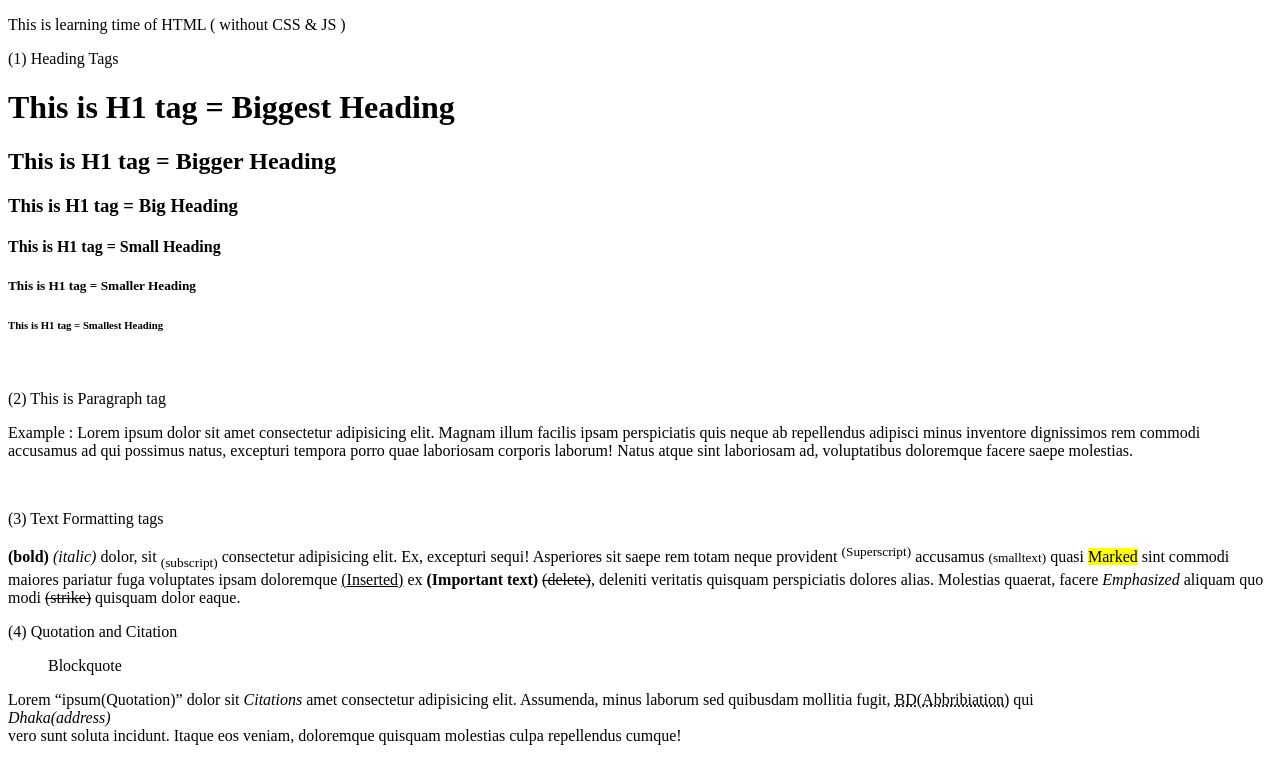
Repository: diptods/Frontend-in-60-DAYS
Page: Day01/learning/learn.html
An editor plug-in stored every save of this project. The page is shown before and after the next save, followed by the edit.
The browser window is 1280 px wide. The pictures show the whole page.

Above is the page before, as saved 2026-05-28 12:00:58.

### Day01/learning/learn.html
<!DOCTYPE html>
<html lang="en">

<head>
    <meta charset="UTF-8">
    <meta name="viewport" content="width=device-width, initial-scale=1.0">
    <title>Day 01 Of Frontend Learning</title>
</head>

<body>
    <p>This is learning time of HTML ( without CSS & JS )</p>
    <p>(1) Heading Tags</p>
    <h1>This is H1 tag = Biggest Heading</h1>
    <h2>This is H1 tag = Bigger Heading</h2>
    <h3>This is H1 tag = Big Heading</h3>
    <h4>This is H1 tag = Small Heading</h4>
    <h5>This is H1 tag = Smaller Heading</h5>
    <h6>This is H1 tag = Smallest Heading</h6>
    <br>
    <p>(2) This is Paragraph tag</p>
    <p>Example : Lorem ipsum dolor sit amet consectetur adipisicing elit. Magnam illum facilis ipsam perspiciatis quis
        neque ab repellendus adipisci minus inventore dignissimos rem commodi accusamus ad qui possimus natus, excepturi
        tempora porro quae laboriosam corporis laborum! Natus atque sint laboriosam ad, voluptatibus doloremque facere
        saepe molestias.</p>
    <br>
    <p>(3) Text Formatting tags</p>
    <p><b>(bold)</b> <i>(italic)</i> dolor, sit <sub>(subscript)</sub> consectetur adipisicing elit. Ex, excepturi
        sequi! Asperiores sit saepe rem totam
        neque provident <sup>(Superscript)</sup> accusamus <small>(smalltext)</small> quasi <mark>Marked</mark> sint
        commodi maiores pariatur fuga voluptates ipsam doloremque
        <ins>(Inserted)</ins> ex <strong>(Important text)</strong> <del>(delete)</del>, deleniti veritatis quisquam
        perspiciatis dolores alias. Molestias quaerat, facere
        <em>Emphasized</em> aliquam quo modi <strike>(strike)</strike> quisquam dolor eaque.
    </p>
    <p>(4) Quotation and Citation</p>
    <p><blockquote>Blockquote</blockquote> Lorem <q>ipsum(Quotation)</q> dolor sit <cite>Citations</cite> amet consectetur adipisicing elit. Assumenda, minus laborum sed quibusdam mollitia fugit,
        <abbr title="Bangladesh">BD(Abbribiation)</abbr> qui <address>Dhaka(address)</address>vero sunt soluta incidunt. Itaque eos veniam, doloremque quisquam molestias culpa repellendus cumque!
    </p>
</body>

</html>

After the next save:
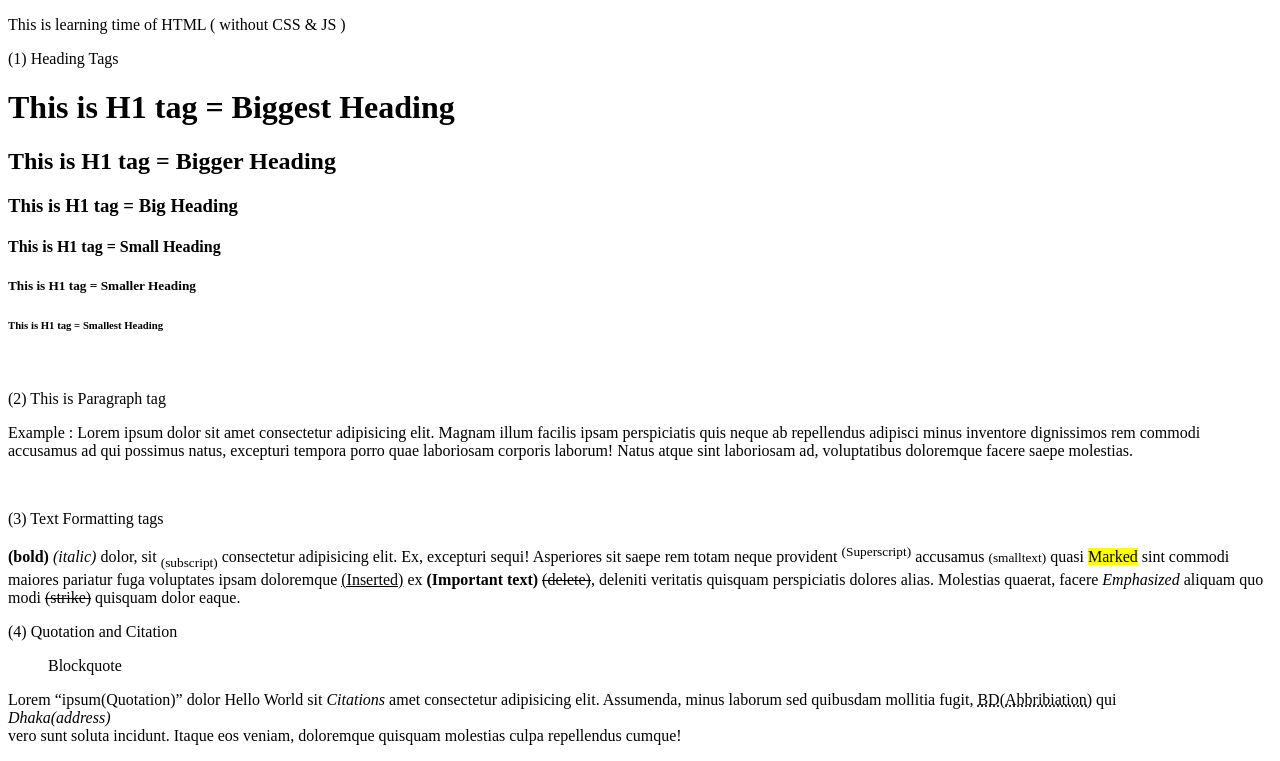
Saved 72 s later.
--- a/Day01/learning/learn.html
+++ b/Day01/learning/learn.html
@@ -33,7 +33,7 @@
         <em>Emphasized</em> aliquam quo modi <strike>(strike)</strike> quisquam dolor eaque.
     </p>
     <p>(4) Quotation and Citation</p>
-    <p><blockquote>Blockquote</blockquote> Lorem <q>ipsum(Quotation)</q> dolor sit <cite>Citations</cite> amet consectetur adipisicing elit. Assumenda, minus laborum sed quibusdam mollitia fugit,
+    <p><blockquote>Blockquote</blockquote> Lorem <q>ipsum(Quotation)</q> dolor <bdo dir="">Hello World</bdo> sit <cite>Citations</cite> amet consectetur adipisicing elit. Assumenda, minus laborum sed quibusdam mollitia fugit,
         <abbr title="Bangladesh">BD(Abbribiation)</abbr> qui <address>Dhaka(address)</address>vero sunt soluta incidunt. Itaque eos veniam, doloremque quisquam molestias culpa repellendus cumque!
     </p>
 </body>
